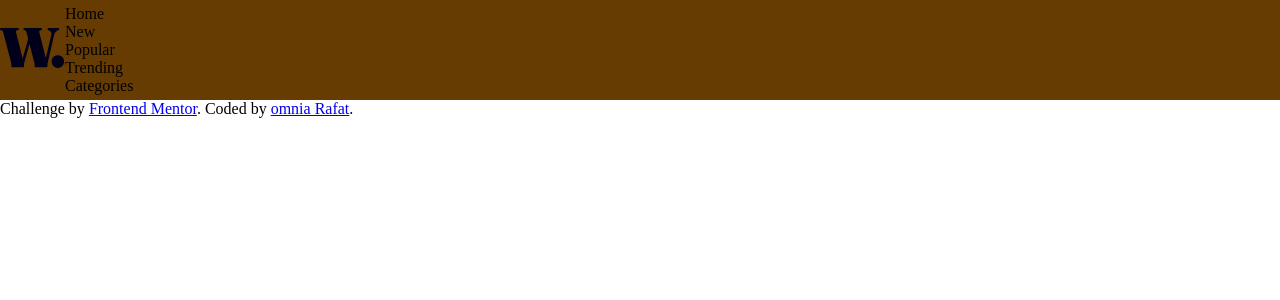
Repository: OmniaRafat232111121/HomePage
Page: index.html
The author's editor kept a copy of each file at every save. The page is drawn from the files as they stood at one save, then again after the next save.
The browser window is 1280 px wide. The pictures show the whole page.

Above is the page before, as saved 2022-12-17 15:10:34.

### index.html
<!DOCTYPE html>
<html lang="en">
<head>
  <meta charset="UTF-8">
  <meta name="viewport" content="width=device-width, initial-scale=1.0"> <!-- displays site properly based on user's device -->

  <link rel="icon" type="image/png" sizes="32x32" href="./assets/images/favicon-32x32.png">

  <title>Frontend Mentor | News homepage</title>
 <link rel="stylesheet" href="style.css">
</head>
<body>

  <header class="header">
    <div class="logo">
      <a href="index.html">
        <img src="./assets/images/logo.svg" alt="image"/>
      </a>
    </div>
    <nav>
      <ul>
        <li><a>Home</a></li>
        <li><a>New</a></li>
        <li><a>Popular</a></li>
         <li><a>Trending</a></li>
         <li><a>Categories</a></li>

      </ul>
    </nav>

  </header>
  <div class="attribution">
    Challenge by <a href="https://www.frontendmentor.io?ref=challenge" target="_blank">Frontend Mentor</a>.
    Coded by <a href="#">omnia Rafat</a>.
  </div>
</body>
</html>

### style.css
*{
    margin:0;
    padding:0;
    box-sizing: border-box;
}
ul {
    list-style: none;
}
.header{
    background-color: rgb(103, 60, 3);
    width: 100%;
    height:100px;
    display:flex;
    align-items: center;
    justify-content: sp;
}

After the next save:
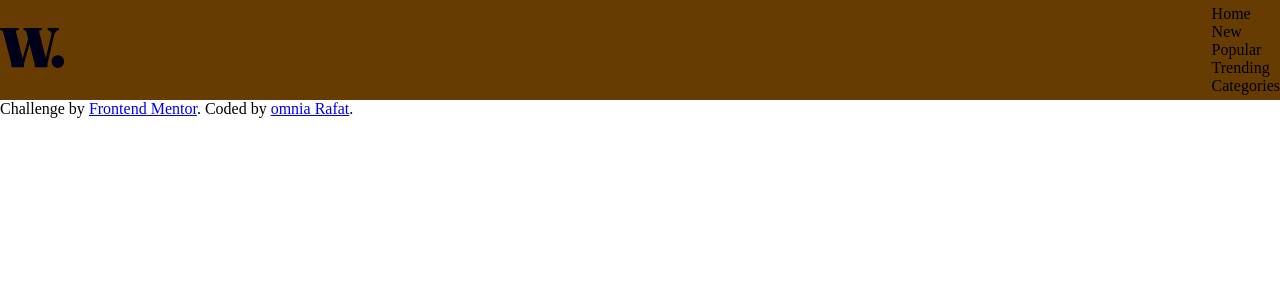
Saved 1 s later.
--- a/style.css
+++ b/style.css
@@ -12,5 +12,5 @@
     height:100px;
     display:flex;
     align-items: center;
-    justify-content: sp;
+    justify-content: space-between;
 }
